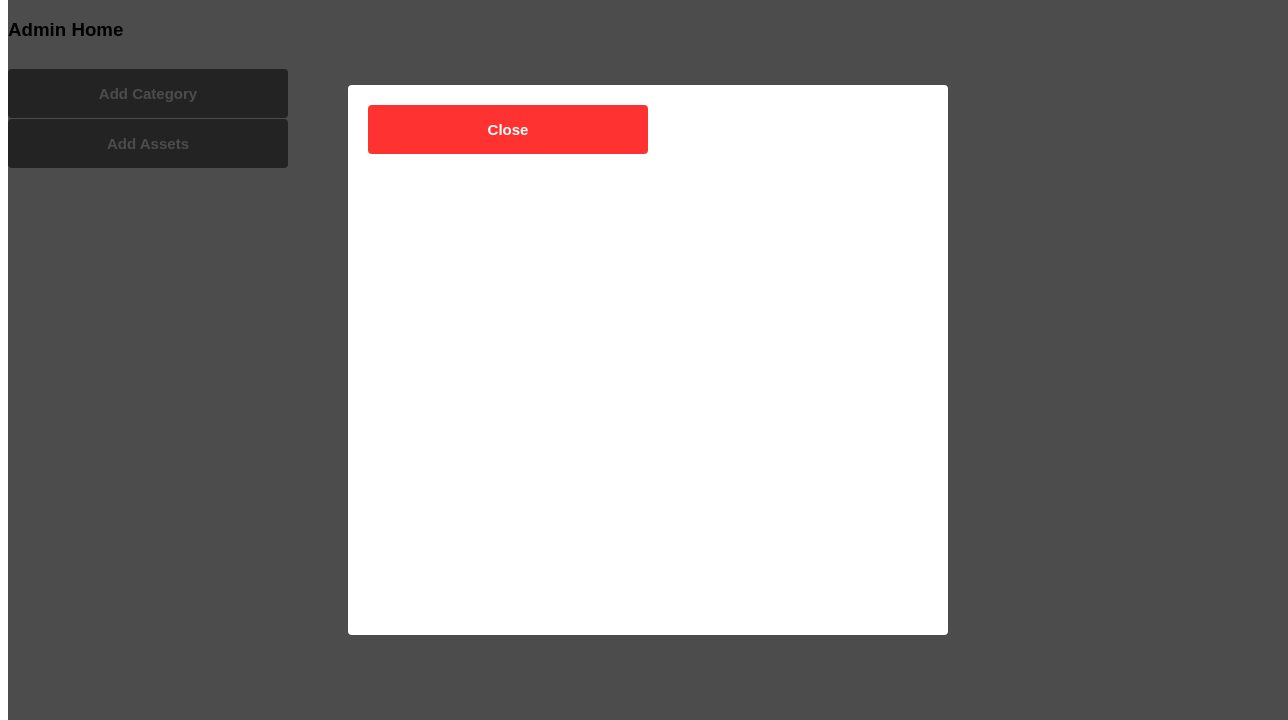
Repository: DhruvKaushal/CodeFury_404Found
Page: http://localhost/e-assets/assetadded.jsp
The author's editor kept a copy of each file at every save. The page is drawn from the files as they stood at one save, then again after the next save.
The browser window is 1280 px wide. The page is 1288 px wide, so the pictures cover 1288 px, including what lies to the right of the window. The pictures show the whole page.
The page is served by Tomcat 9. Other server files are loaded and not shown.

Above is the page before, as saved 2020-10-05 10:32:23.

### Aditya's New/E-Assets-Management/e-assets/WebContent/assetadded.jsp
<%@ page language="java" contentType="text/html; charset=ISO-8859-1"
    pageEncoding="ISO-8859-1"%>
<!DOCTYPE html>
<html>
<head>
<meta charset="ISO-8859-1">
<link rel="stylesheet" href="addassets.css">
<title>Insert title here</title>
</head>
<body>

	  <h3>Admin Home</h3>

  	<button class="open-type-button">Add Category</button>
 	<button class="open-assets-button">Add Assets</button>

    <div class="bg-modal2" id="myForm2">
        	<div class="modal-content">






             <button class="close-button" action="adminhome.jsp" class="btn"><b>Close</b></button>


        </div>
    </div>






	<script>

	function closeForm1() {
  	document.getElementById("myForm1").style.display = "none";
	}

	function openForm2() {
  		document.getElementById("myForm2").style.display = "flex";
	}

	function closeForm2() {
  	document.getElementById("myForm2").style.display = "none";
	}
	</script>

</body>
</html>

### Aditya's New/E-Assets-Management/e-assets/WebContent/addassets.css
body {font-family: Arial, Helvetica, sans-serif;}
* {box-sizing: border-box;}


.open-assets-button {
  background-color: #555;
  color: white;
  padding: 16px 20px;
  border-radius: 4px;
  border: none;
  cursor: pointer;
  opacity: 0.8;
  position: fixed;
  width: 280px;
  margin-top: 60px;
  font-weight: bold;
  font-size: 15px;
  display: inline-block;
}

.open-type-button {
  background-color: #555;
  color: white;
  padding: 16px 20px;
  border-radius: 4px;
  border: none;
  cursor: pointer;
  opacity: 0.8;
  position: fixed;
  width: 280px;
  margin-top: 10px;
  font-weight: bold;
  font-size: 15px;
  display: inline-block;
}

.close-button {
  background-color: red;
  color: white;
  padding: 16px 20px;
  border-radius: 4px;
  border: none;
  cursor: pointer;
  opacity: 0.8;
  width: 280px;
  margin-bottom: 20px;

  font-weight: bold;
  font-size: 15px;
  display: inline-block;
}

.bg-modal {
	width: 100%;
	height: 100%;
	background-color: rgba(0,0,0,0.7);
	position: absolute;;
	top: 0;
	display: flex;
	justify-content: center;
	align-items: center;
	display: none;

}

.bg-modal2 {
	width: 100%;
	height: 100%;
	background-color: rgba(0,0,0,0.7);
	position: absolute;;
	top: 0;
	display: flex;
	justify-content: center;
	align-items: center;


}

.modal-content {
	width: 600px;
	height: 550px;
	background-color: white;
	border-radius: 4px;
	padding: 20px;
	position: relative;
}



input{
  width: 100%;
  padding: 15px;
  margin: 5px 0 22px 0;
  border: none;
  background: #f1f1f1;
}


.btn {
  background-color: #1686d9;
  color: white;
  border-radius: 4px;
  padding: 16px 20px;
  border: none;
  cursor: pointer;
  width: 50%;
  margin-top: 20px;
  margin: auto;
  opacity: 0.8;
  font-size: 20px;

  display:block;

}


.btn:hover, .open-assets-button:hover, .open-type-button:hover {
  opacity: 1;
}

.close {
	position: absolute;
	top: 0;
	right: 10px;
	font-size: 38px;
	color: #333;
	transform: rotate(45deg);
	cursor: pointer;
}

.close:hover {
		color: #666;
	}

After the next save:
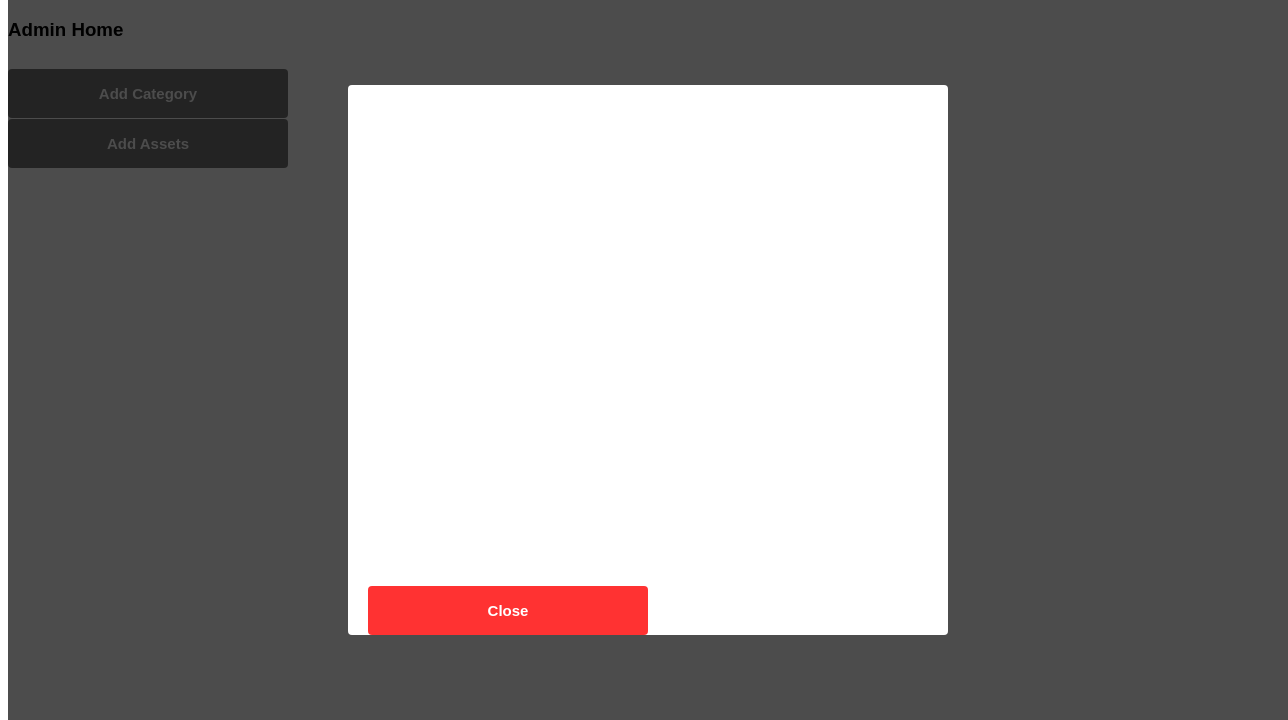
Saved 79 s later.
--- a/Aditya's New/E-Assets-Management/e-assets/WebContent/addassets.css
+++ b/Aditya's New/E-Assets-Management/e-assets/WebContent/addassets.css
@@ -43,7 +43,9 @@ body {font-family: Arial, Helvetica, sans-serif;}
   cursor: pointer;
   opacity: 0.8;
   width: 280px;
-  margin-bottom: 20px;
+  position: absolute;
+  bottom:0px;
+
 
   font-weight: bold;
   font-size: 15px;
